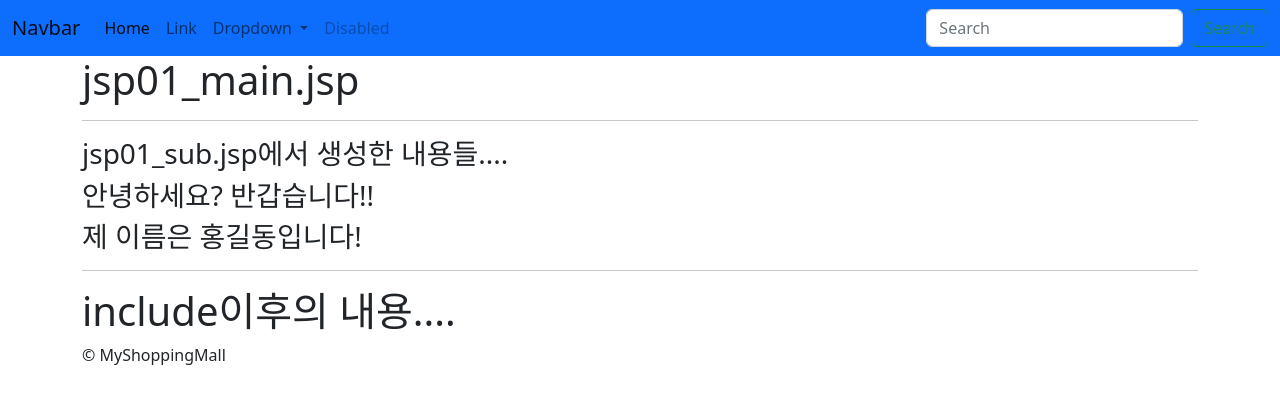
Repository: yeobleeme/06_jsp_basic
Page: http://localhost/jsp01_basic/jsp06_action/jsp01_main.jsp
These files come from the project's save history. The page is drawn as it stood at one moment and after the next save; the edit follows.
The browser window is 1280 px wide. The pictures show the whole page.
The page is served by Tomcat 9.

Above is the page before, as saved 2023-05-11 05:33:24.

After the next save:
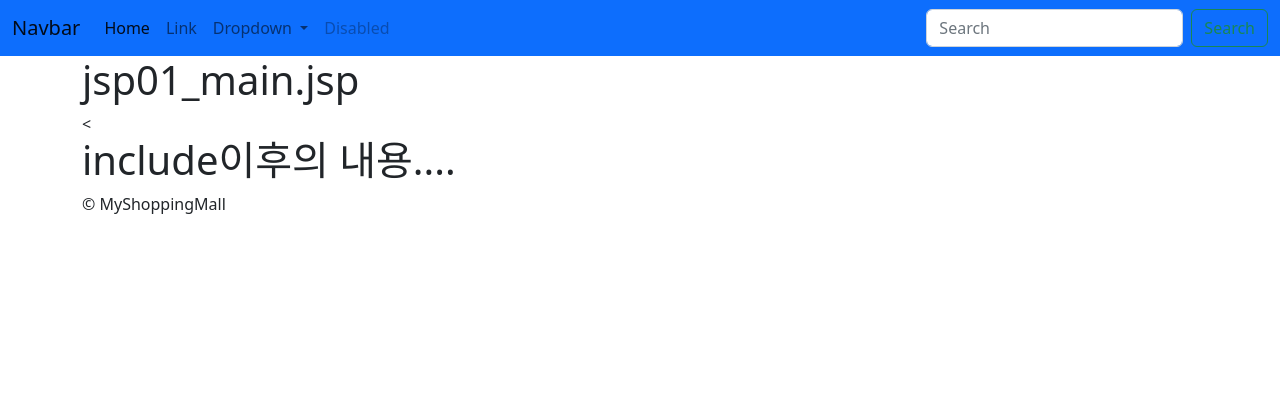
Saved 60 s later.
--- a/jsp01_basic/WebContent/jsp06_action/jsp01_main.jsp
+++ b/jsp01_basic/WebContent/jsp06_action/jsp01_main.jsp
@@ -14,7 +14,7 @@
 
 	<div class="container">
 		<h1>jsp01_main.jsp</h1>
-		<%@include file="jsp01_sub.jsp" %>
+		<<%-- %@include file="jsp01_sub.jsp" %> --%>
 		<h1>include이후의 내용....</h1>
 	</div>
 	<%@include file="jsp01_footer.jsp" %>

After the save that followed:
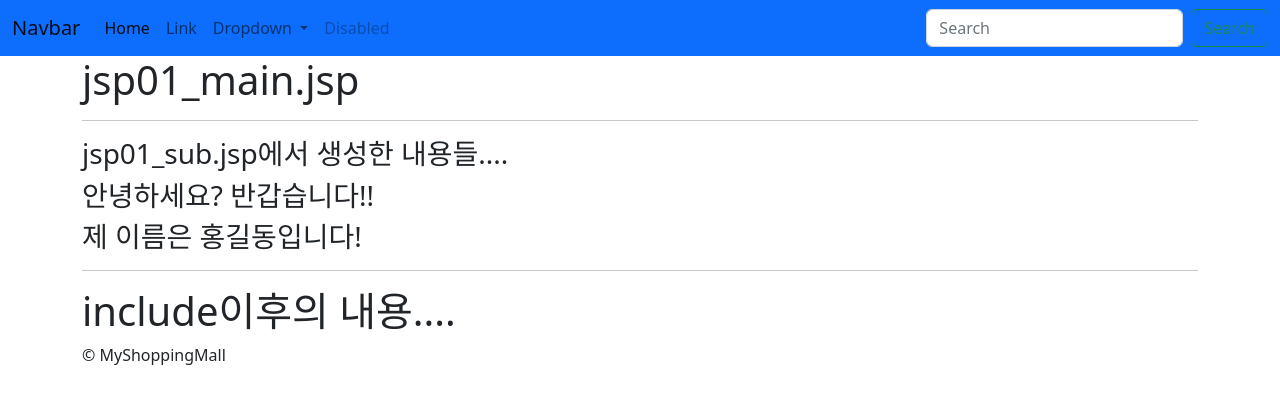
Saved 36 s later.
--- a/jsp01_basic/WebContent/jsp06_action/jsp01_main.jsp
+++ b/jsp01_basic/WebContent/jsp06_action/jsp01_main.jsp
@@ -3,6 +3,7 @@
 <html>
 <head>
 	<meta charset="UTF-8">
+	<meta name="viewport" content="width=device-width, initial-scale=1, minimum-scale=1, maximum-scale=1">
   	<link href="https://cdn.jsdelivr.net/npm/bootstrap@5.2.3/dist/css/bootstrap.min.css" rel="stylesheet">
   	<script src="https://cdn.jsdelivr.net/npm/bootstrap@5.2.3/dist/js/bootstrap.bundle.min.js"></script>
 	<title>Insert title here</title>
@@ -14,7 +15,8 @@
 
 	<div class="container">
 		<h1>jsp01_main.jsp</h1>
-		<<%-- %@include file="jsp01_sub.jsp" %> --%>
+		<%-- <%@include file="jsp01_sub.jsp" %> --%>
+		<jsp:include page="jsp01_sub.jsp" flush="flase"/>
 		<h1>include이후의 내용....</h1>
 	</div>
 	<%@include file="jsp01_footer.jsp" %>
